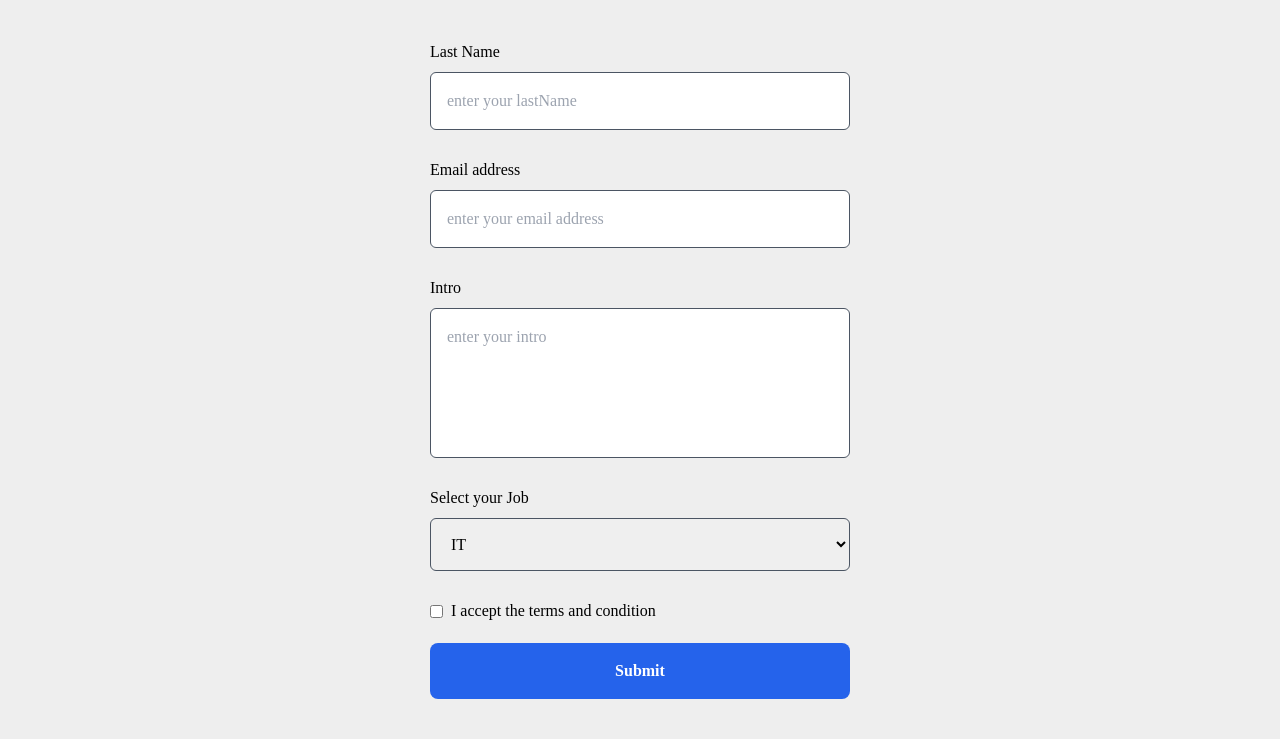
Repository: 16-Doffy/Fe-Khhoahoc
Page: /
The author's editor kept a copy of each file at every save. The page is drawn from the files as they stood at one save, then again after the next save.
The browser window is 1280 px wide. The pictures show the whole page.
The project was rebuilt for these pictures with package versions that can differ from the ones it lists, and the page was loaded fresh each time. Also part of the build but not shown: src/App.css.

Above is the page before, as saved 2025-02-11 20:22:53.

After the next save:
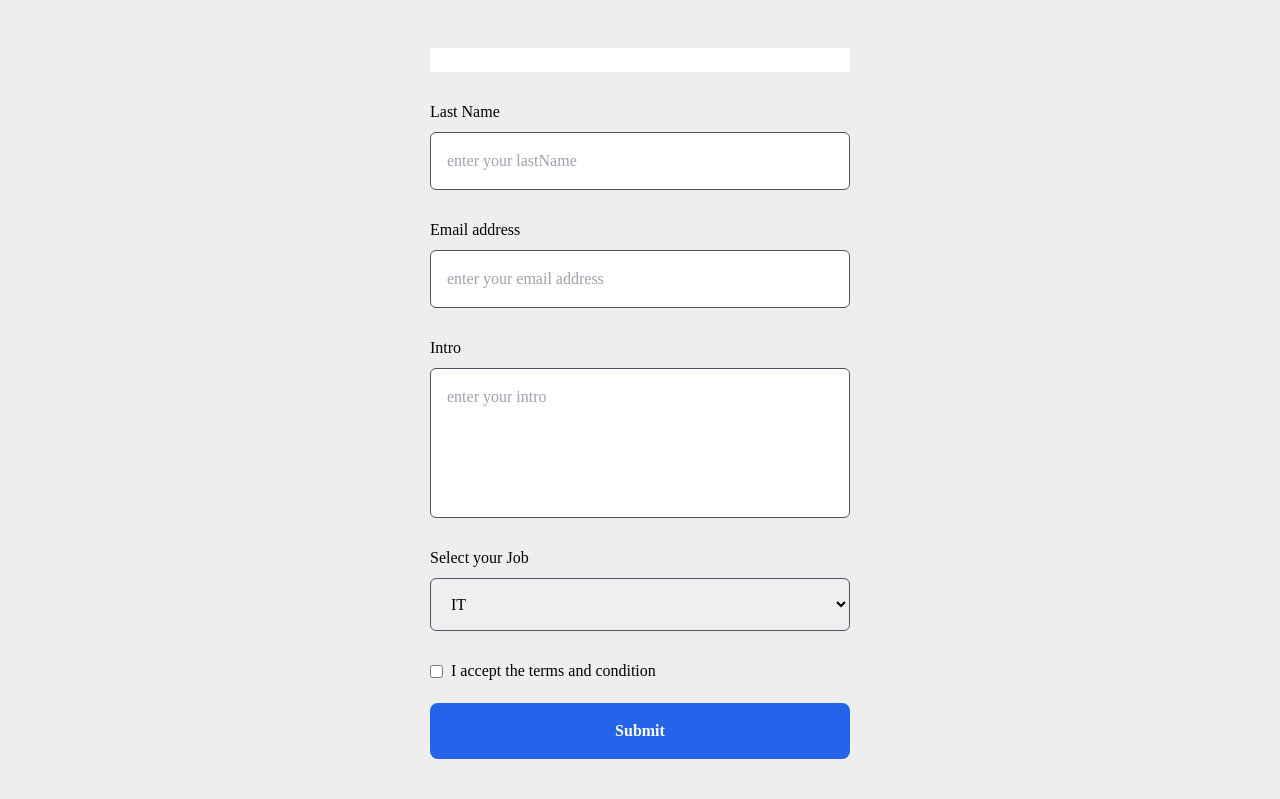
Saved 21 s later.
--- a/src/components/Form/SignUpFormV2Final.js
+++ b/src/components/Form/SignUpFormV2Final.js
@@ -34,18 +34,7 @@ const SignUpFormV2Final = () => {
       }}
     >
       <Form className="p-10 w-full max-w-[500px] mx-auto">
-        {/* <div className="flex flex-col gap-2 mb-5">
-          <label htmlFor="firstName">First Name</label>
-          <Field
-            name="firstName"
-            type="text"
-            placeholder="enter your firstName"
-            className="p-4 rounded-md border border-gray-600"
-          ></Field>
-          <div className="text-sm text-red-500">
-            <ErrorMessage name="firstName"></ErrorMessage>
-          </div>
-        </div> */}
+        <MyInput />
 
         <div className="flex flex-col gap-2 mb-5">
           <label htmlFor="lastName">Last Name</label>
